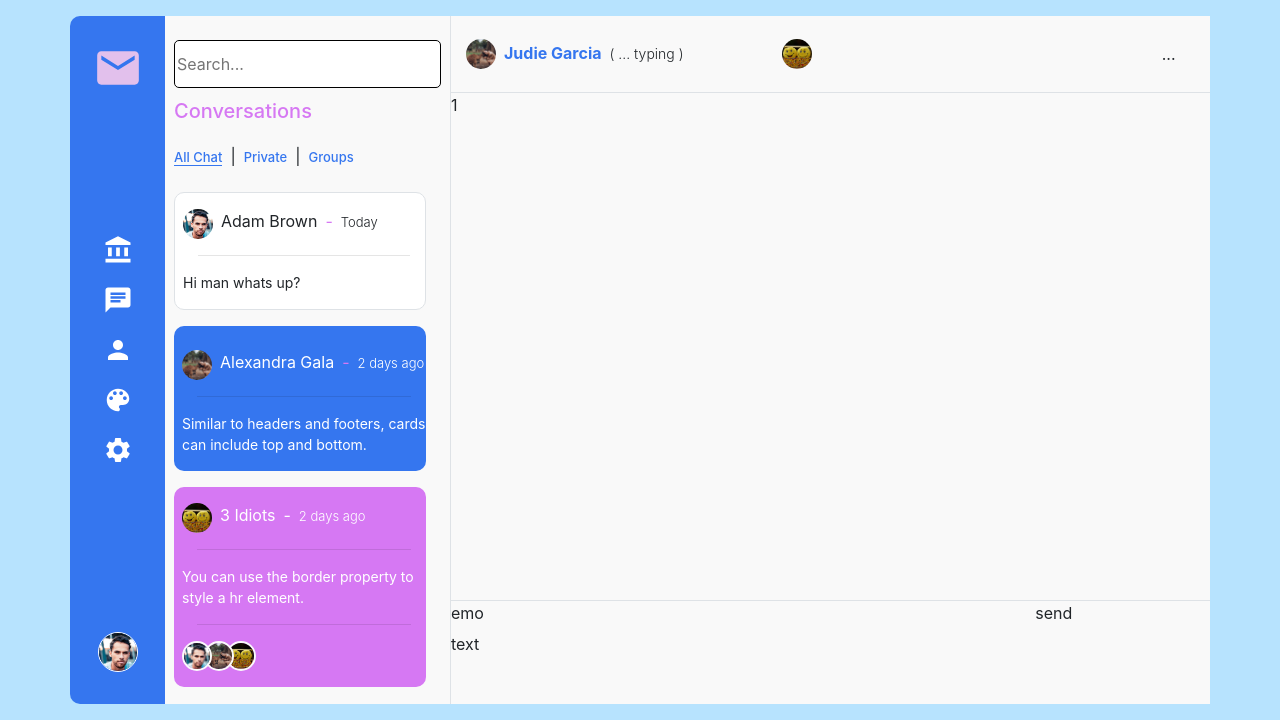
Repository: arafat877/super-chat
Page: /
These files come from the project's save history. The page is drawn as it stood at one moment and after the next save; the edit follows.
The browser window is 1280 px wide. The pictures show the whole page.
The project was rebuilt for these pictures with package versions that can differ from the ones it lists, and the page was loaded fresh each time.

Above is the page before, as saved 2020-08-07 01:33:04.

After the next save:
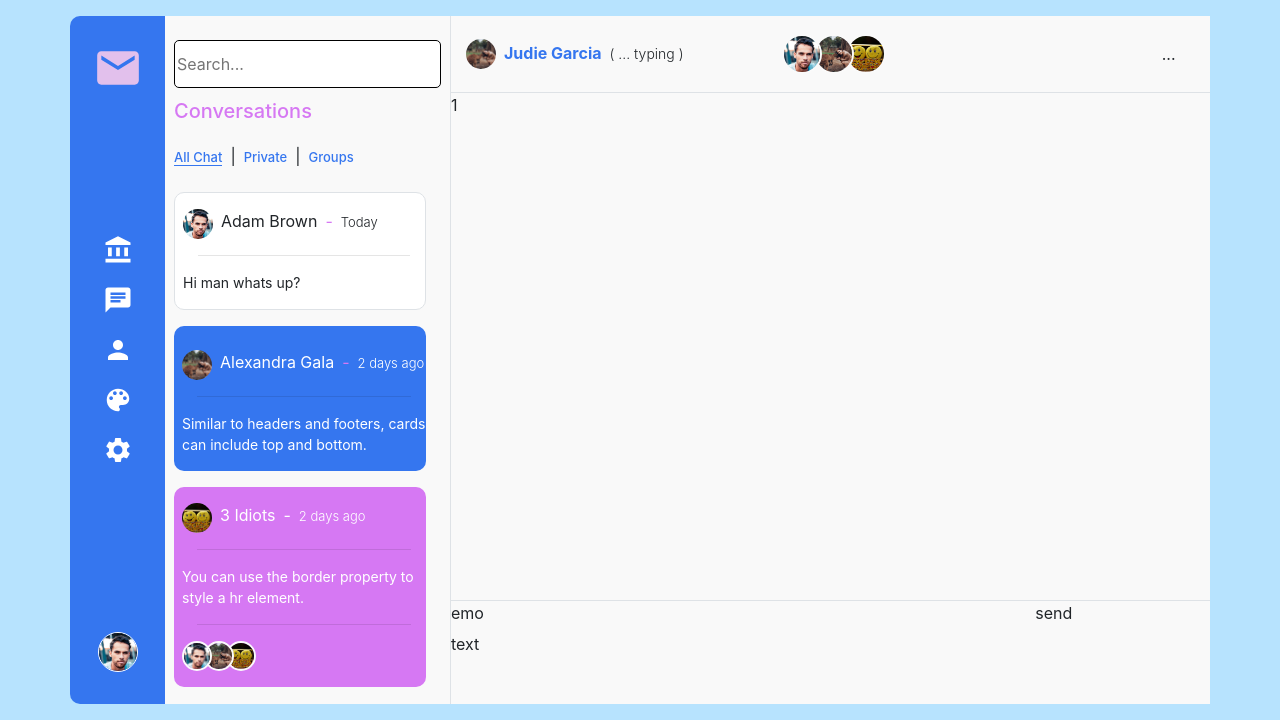
Saved 52 s later.
--- a/src/App.js
+++ b/src/App.js
@@ -169,15 +169,25 @@ function App() {
                 <span className="infoTyping ml-2">( ... typing )</span>
               </div>
               <div className="col-6 m-auto">
-                <img
-                  className="infoUserPicture"
-                  src={require("./assets/g1.jpeg")}
-                  alt="User Profile"
-                />
-              </div>
-              <div className="col-1 m-auto">
-                ...
-              </div>
+                <AvatarGroup max={3} className="mr-4">
+                  <Avatar
+                    alt="Remy Sharp"
+                    className="avatar"
+                    src={require("./assets/m1.jpeg")}
+                  />
+                  <Avatar
+                    alt="Travis Howard"
+                    className="avatar"
+                    src={require("./assets/f1.jpeg")}
+                  />
+                  <Avatar
+                    alt="Cindy Baker"
+                    className="avatar"
+                    src={require("./assets/g1.jpeg")}
+                  />
+                </AvatarGroup>
+              </div>
+              <div className="col-1 m-auto">...</div>
             </div>
             <div className="row chatMessages">1</div>
             <div className="row chatInput">
